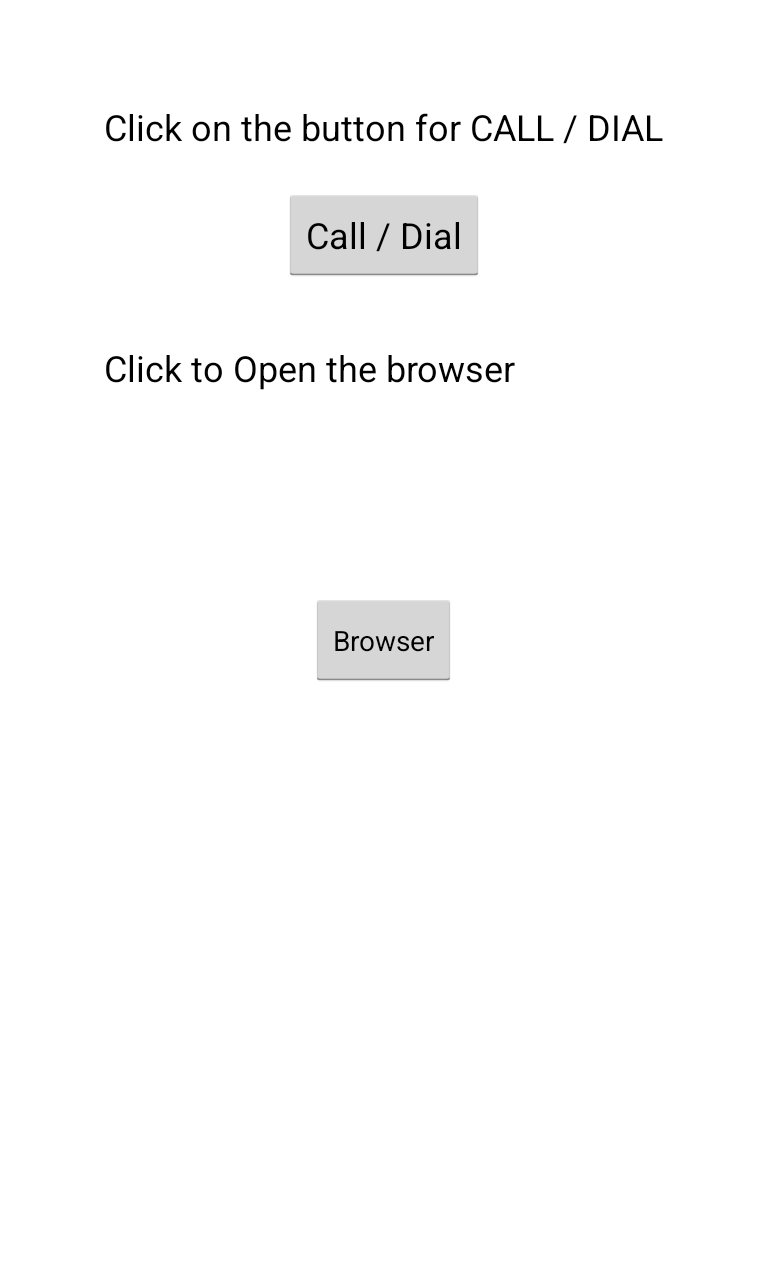
Repository: MadhuHS/JECM3
Layout: ImplicitIntents/res/layout/activity_main.xml
The author's editor kept a copy of each file at every save. The layout is drawn from the files as they stood at one save, then again after the next save.
It is drawn on a 768 x 1280 px phone screen (xhdpi) without system bars, with theme AppTheme; the app's code is not run.

Above is the layout before, as saved 2015-11-23 03:36:53.

After the next save:
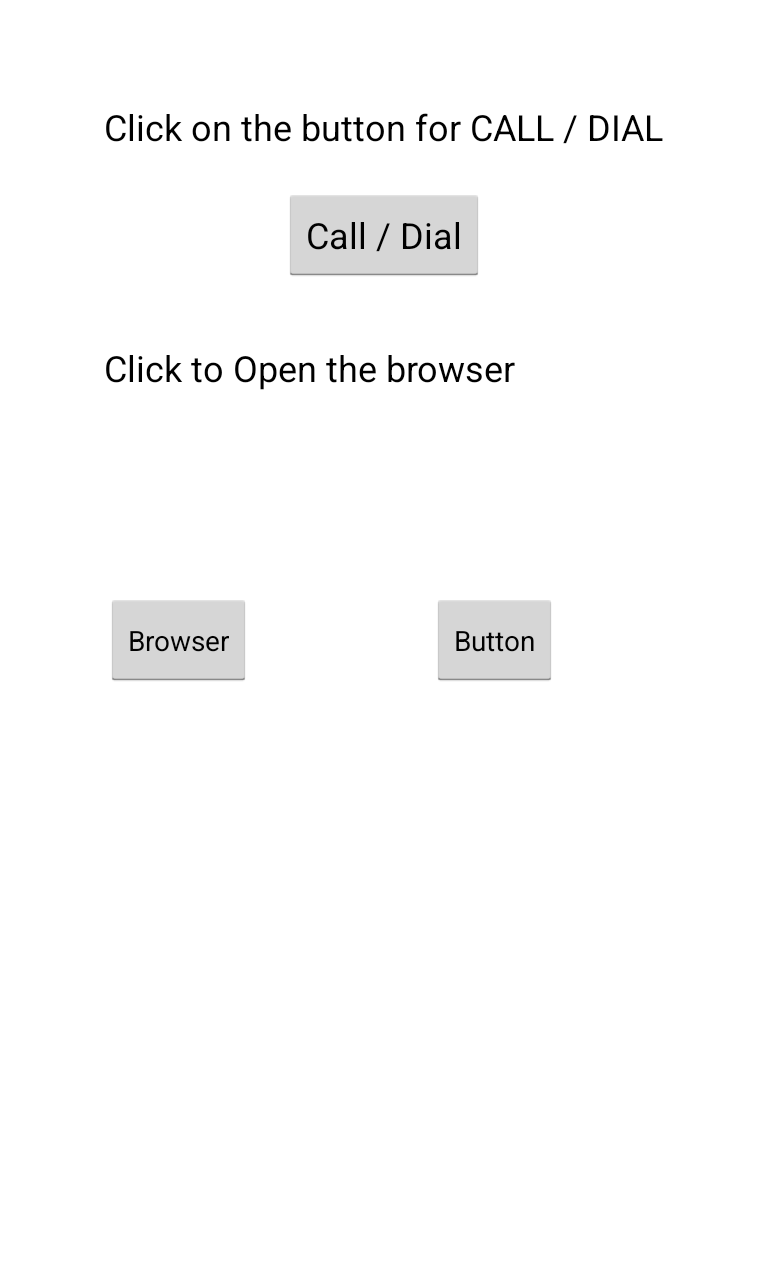
Saved 4 min 4 s later.
--- a/ImplicitIntents/res/layout/activity_main.xml
+++ b/ImplicitIntents/res/layout/activity_main.xml
@@ -43,8 +43,18 @@
         style="?android:attr/buttonStyleSmall"
         android:layout_width="wrap_content"
         android:layout_height="wrap_content"
-        android:layout_centerHorizontal="true"
+        android:layout_alignLeft="@+id/textView1"
         android:layout_centerVertical="true"
         android:text="Browser" />
 
+    <Button
+        android:id="@+id/button1"
+        style="?android:attr/buttonStyleSmall"
+        android:layout_width="wrap_content"
+        android:layout_height="wrap_content"
+        android:layout_alignRight="@+id/textView1"
+        android:layout_centerVertical="true"
+        android:layout_marginRight="52dp"
+        android:text="Button" />
+
 </RelativeLayout>
